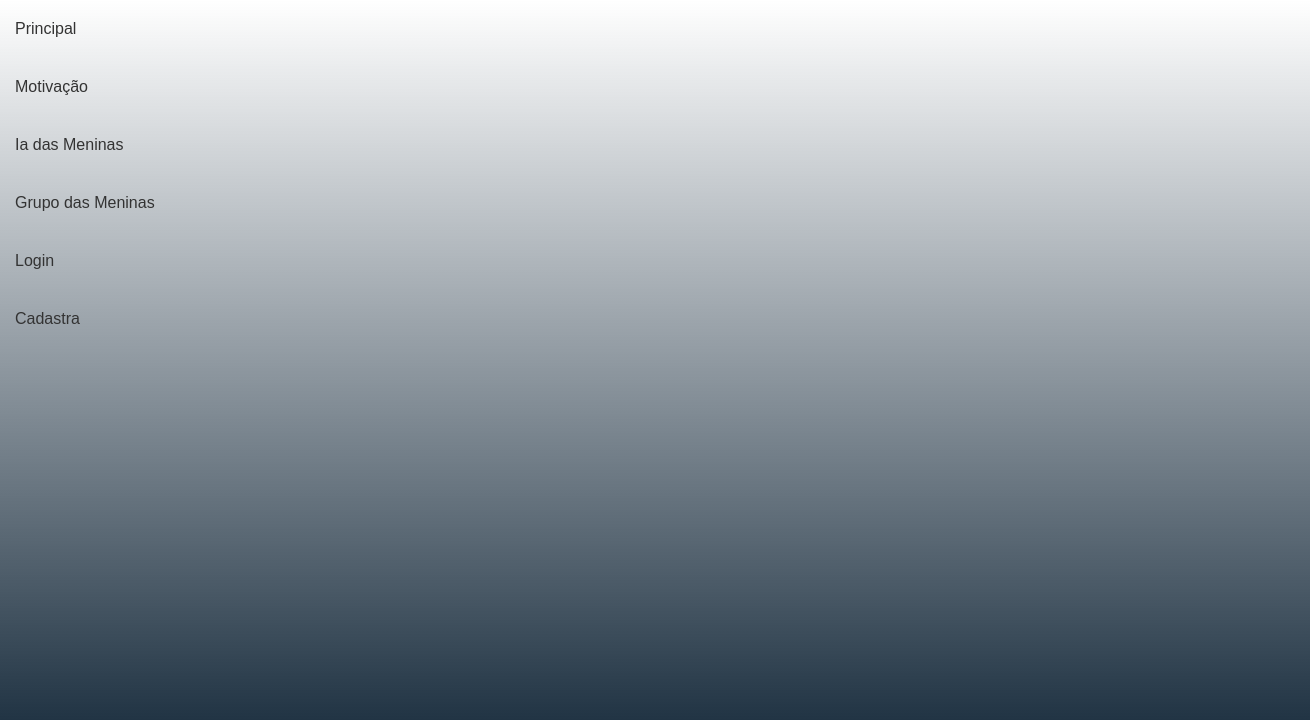
Repository: joaobatistafrontend/pref
Page: http://localhost/
An editor plug-in stored every save of this project. The page is shown before and after the next save, followed by the edit.
The browser window is 1280 px wide. The page is 1310 px wide, then 1280 px, so the pictures cover 1310 px, including what lies to the right of the window. The pictures show the whole page.
The page is served by the project's application, run on Django 4.2 (manage.py). Other server files are loaded and not shown.

Above is the page before, as saved 2024-07-26 14:48:35.

### templates/index.html
{% load  static %}
<!DOCTYPE html>
<html lang="en">
<head>
    <meta charset="UTF-8">
    <meta name="viewport" content="width=device-width, initial-scale=1.0">
    <title>Document</title>

    {% load static %}
    <link rel="stylesheet" href="{% static 'css/index.css' %}"></head>
<body>
        <nav>
            <ul>
                <li><a href="">Principal</a></li>
                <li><a href="">Motivação</a></li>
                <li><a href="">Ia das Meninas</a></li>
                <li><a href="">Grupo das Meninas</a></li>
                <li><a href="">Login</a></li>
                <li><a href="">Cadastra</a></li>
            </ul>
        </nav>
</body>
</html>

### chat_app/views.py
#https://espere.in/Build-your-chatbot-with-the-power-of-Gemini-API-using-Django/
from django.shortcuts import render, reverse
from django.contrib.auth.decorators import login_required
from .models import ChatBot
from django.http import HttpResponseRedirect, JsonResponse
import google.generativeai as genai
from .treinamentos import contexto_inicial, contexto_de_estudos
#chave api
genai.configure(api_key="AIzaSyCkg2khwEkqTQ7kYa8gVzsz2bWWpweUEO8")


@login_required
def ask_question(request):
    if request.method == "POST":
        text = request.POST.get("text")#receber o texto do user
        model = genai.GenerativeModel("gemini-pro")#modelo da ia

        chat = model.start_chat()#iniciar um chat

        #receber o texto do usuario como parametro
        response = chat.send_message(f"O assunto que vamos conversar é sobre responder perguntas frequentes e prestar suporte a assuntos relacionados às políticas públicas voltadas para as mulheres. Tenha conhecimento e forneça aconselhamento acessível para o {user}. Use as seguintes leis e contextos para ajudar: {contexto_inicial} e {contexto_de_estudos}. Foque em dados do Ceará. Mantenha o foco em responder perguntas frequentes e prestar suporte a assuntos relacionados às políticas públicas voltadas para as mulheres."
)
        user = request.user #ususario
        ChatBot.objects.create(text_input=text, gemini_output=response.text, user=user)#criar um batepapo

        response_data = {#extrair apenas a resposta
            "text": response.text,  #tranforma a resposta em texto
        }
        return JsonResponse({"data": response_data})
    else:
        return HttpResponseRedirect(
            reverse("chat")
        )


@login_required
def chat(request):
    user = request.user #saber o user autenticado
    chats = ChatBot.objects.filter(user=user)
    return render(request, "chat_bot.html", {"chats": chats})

def index(request):

    return render(request, "index.html")

### chatbot/urls.py

from django.contrib import admin
from django.urls import path, include

urlpatterns = [
    path('admin/', admin.site.urls),
    path('', include('chat_app.urls'))
]

### chat_app/urls.py

from django.contrib import admin
from django.urls import path, include
from . import views

urlpatterns = [
    path("", views.index, name="index"),
    path("ask_question/", views.ask_question, name="ask_question"),
]

### chat_app/treinamentos.py
#visão geral das políticas públicas para mulheres no Brasil
contexto_inicial = (
    "1. Visão Geral: As políticas públicas para as mulheres no Brasil têm evoluído ao longo dos anos, refletindo mudanças nas normas sociais, avanços no movimento feminista e maior reconhecimento dos direitos das mulheres.\n\n"

    "2. Marcos Históricos:\n"
    "* Criação do Conselho Nacional dos Direitos da Mulher (CNDM) em 1985.\n"
    "* Aprovação da Lei do Divórcio (Lei 6.515/1977) e da Lei dos Crimes Hediondos (Lei 8.072/1990), que incluía o feminicídio como crime hediondo.\n"
    "* Aprovação da Lei de Igualdade Salarial (Lei 7.855/1989).\n"
    "* Criação das Delegacias de Defesa da Mulher.\n\n"

    "3. Leis e Programas Recentes:\n"
    "* Aprovação da Lei Maria da Penha em 2006.\n"
    "* Criação do Programa Bolsa Família em 2003.\n"
    "* Criação do Programa de Assistência Integral à Saúde da Mulher (PAISM).\n"
    "* Política Nacional de Enfrentamento à Violência contra as Mulheres.\n\n"

    "4. Outras Iniciativas Importantes:\n"
    "* Lei de Cotas para Mulheres em Eleições em 1997.\n"
    "* Criação do Programa Pronatec Mulheres em 2011.\n"
    "* Aprovação da Lei do Feminicídio (Lei 13.104/2015).\n\n"

    "5. Medidas Recentes:\n"
    "* Lei da Importunação Sexual (Lei 13.718/2018).\n"
    "* Criação do Ligue 180 em 2013.\n"
    "* Plano Nacional de Políticas para as Mulheres (PNPM).\n"
    "* Política Nacional de Saúde Mental e Direitos das Mulheres.\n"
    "* Medidas para Promover a Igualdade de Gênero no Mercado de Trabalho.\n\n"
)

contexto_de_estudos = (
    "1. Legislação e Normas:\n"
    "  * Leis federais e estaduais: Lei Maria da Penha, Lei do Feminicídio, etc.\n"
    "  * Decretos e portarias.\n"
    "  * Normas técnicas.\n\n"

    "2. Programas e Iniciativas:\n"
    "  * Programas governamentais.\n"
    "  * Iniciativas de ONGs.\n\n"

    "3. Serviços Disponíveis:\n"
    "  * Centros de Atendimento.\n"
    "  * Telefones de Emergência.\n\n"

    "4. Estatísticas e Estudos:\n"
    "  * Dados estatísticos.\n"
    "  * Estudos e pesquisas.\n\n"

    "5. Direitos e Benefícios:\n"
    "  * Direitos das mulheres.\n"
    "  * Benefícios sociais.\n\n"

    "6. Processos e Procedimentos:\n"
    "  * Como acessar serviços.\n"
    "  * Procedimentos legais.\n\n"

    "7. Educação e Capacitação:\n"
    "  * Cursos e treinamentos.\n"
    "  * Campanhas educativas.\n\n"

    "8. Informações Regionais:\n"
    "  * Especificidades locais.\n\n"

    "Fontes de Dados:\n"
    "  * Sites oficiais do governo.\n"
    "  * Organizações internacionais.\n"
    "  * Instituições de pesquisa.\n"
    "  * Documentos legais.\n"
)

### static/css/index.css
*{
    margin: 0;
    padding: 0;
    font-family:sans-serif;
}
body{
    height: 100vh;
    background: linear-gradient(transparent, #213444);

}
.nav{
    background-color: #fff;
}

nav li{
    width: 100%;
    justify-content: center;
    display: inline-block;
    list-style: none;
    margin: 20px 15px;
}
nav ul li a{
    text-decoration: none;
    color:  #333;
    font-weight: 400;
}

After the next save:
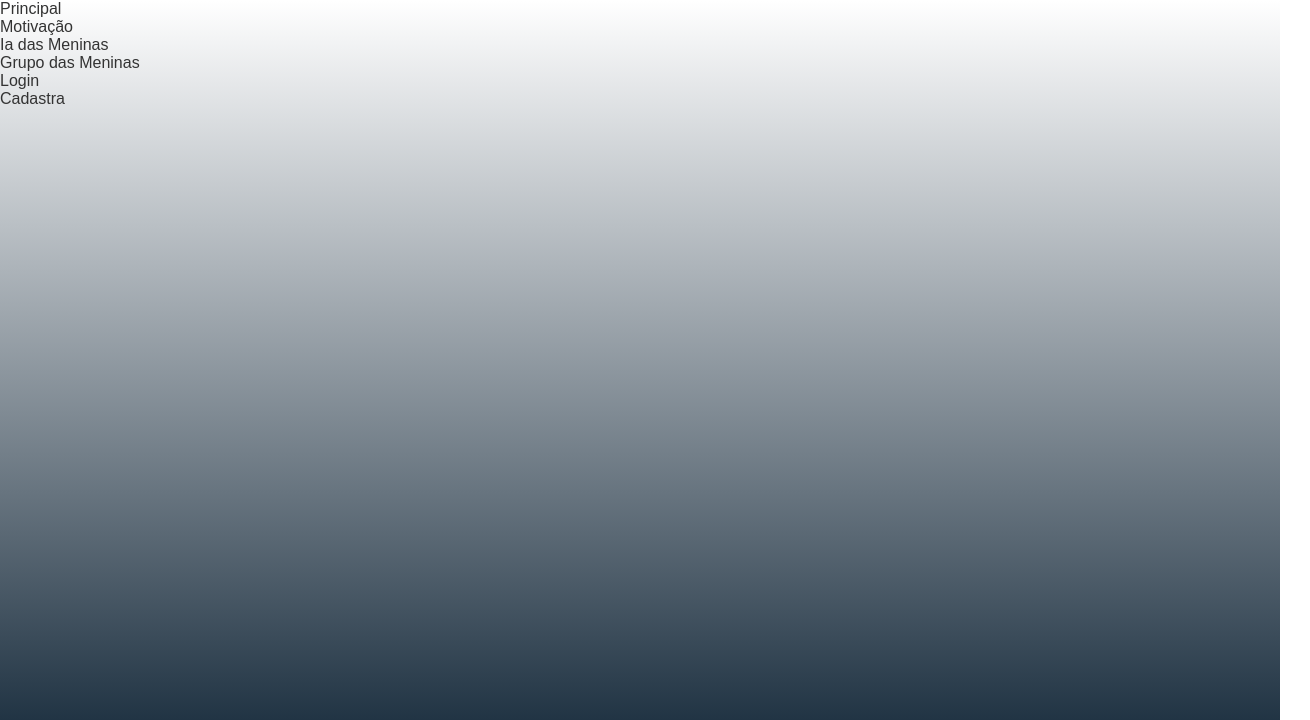
Saved 8 s later.
--- a/static/css/index.css
+++ b/static/css/index.css
@@ -17,7 +17,7 @@
     justify-content: center;
     display: inline-block;
     list-style: none;
-    margin: 20px 15px;
+
 }
 nav ul li a{
     text-decoration: none;
